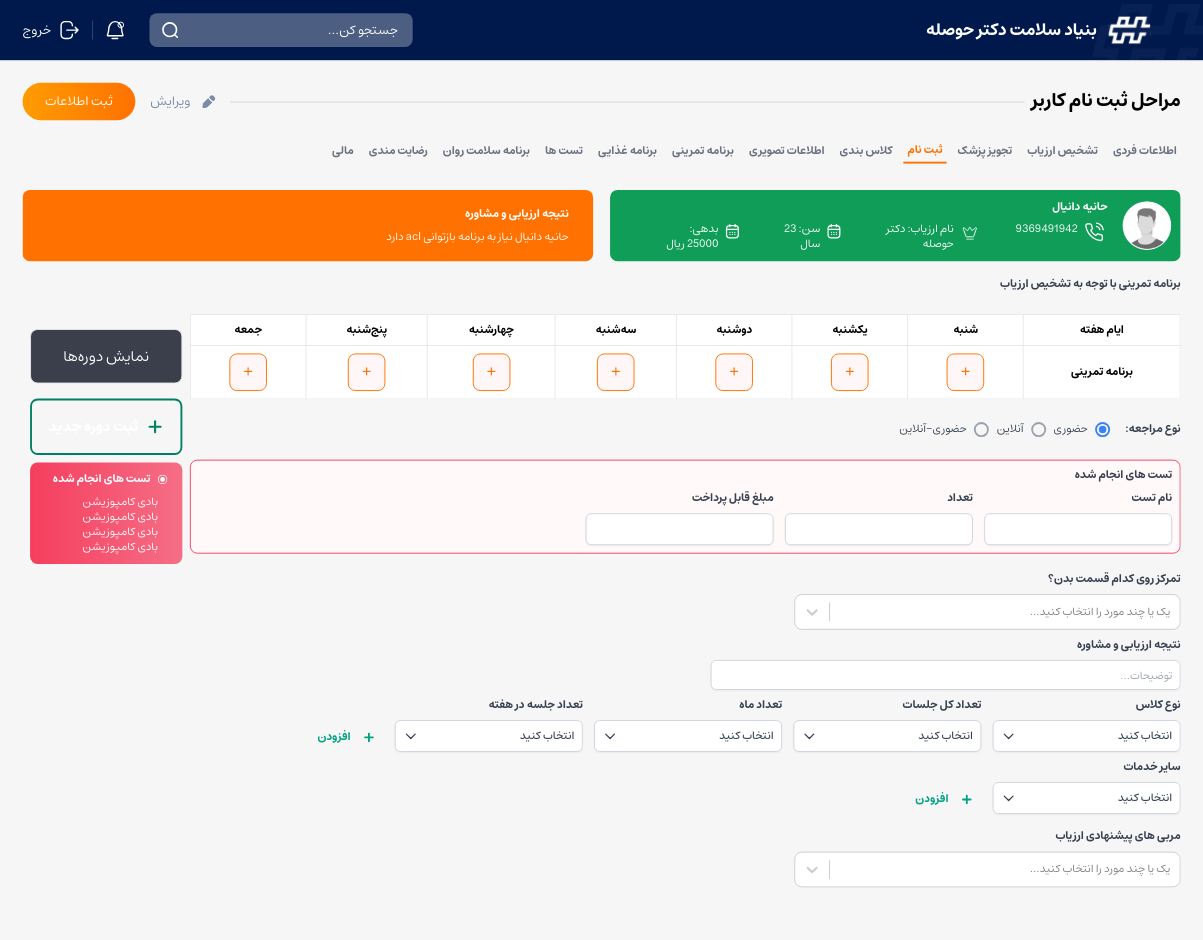
Repository: mirnajafi/ERP_hoseleh_V1.0
Page: /register, after clicking the first element matching `div.flex > :nth-child(4)`
These files come from the project's save history. The page is drawn as it stood at one moment and after the next save; the edit follows.
The browser window is 1280 px wide. The pictures show the whole page, at 94% of full size.
Some web fonts or font styles are not loaded; a fallback is used. The project was rebuilt for these pictures with package versions that can differ from the ones it lists, and the page was loaded fresh each time. The framework's server and built-in components were replaced by stand-ins that run in the browser. Also part of the build but not shown: next.config.mjs, src/components/icons/trash.tsx, src/components/weekTable/weekTable.css, src/components/icons/copy.tsx, src/components/recognitionEvaluator/recognitionEvaluator.tsx.

Above is the page before, as saved 2025-02-28 23:51:57.

After the next save:
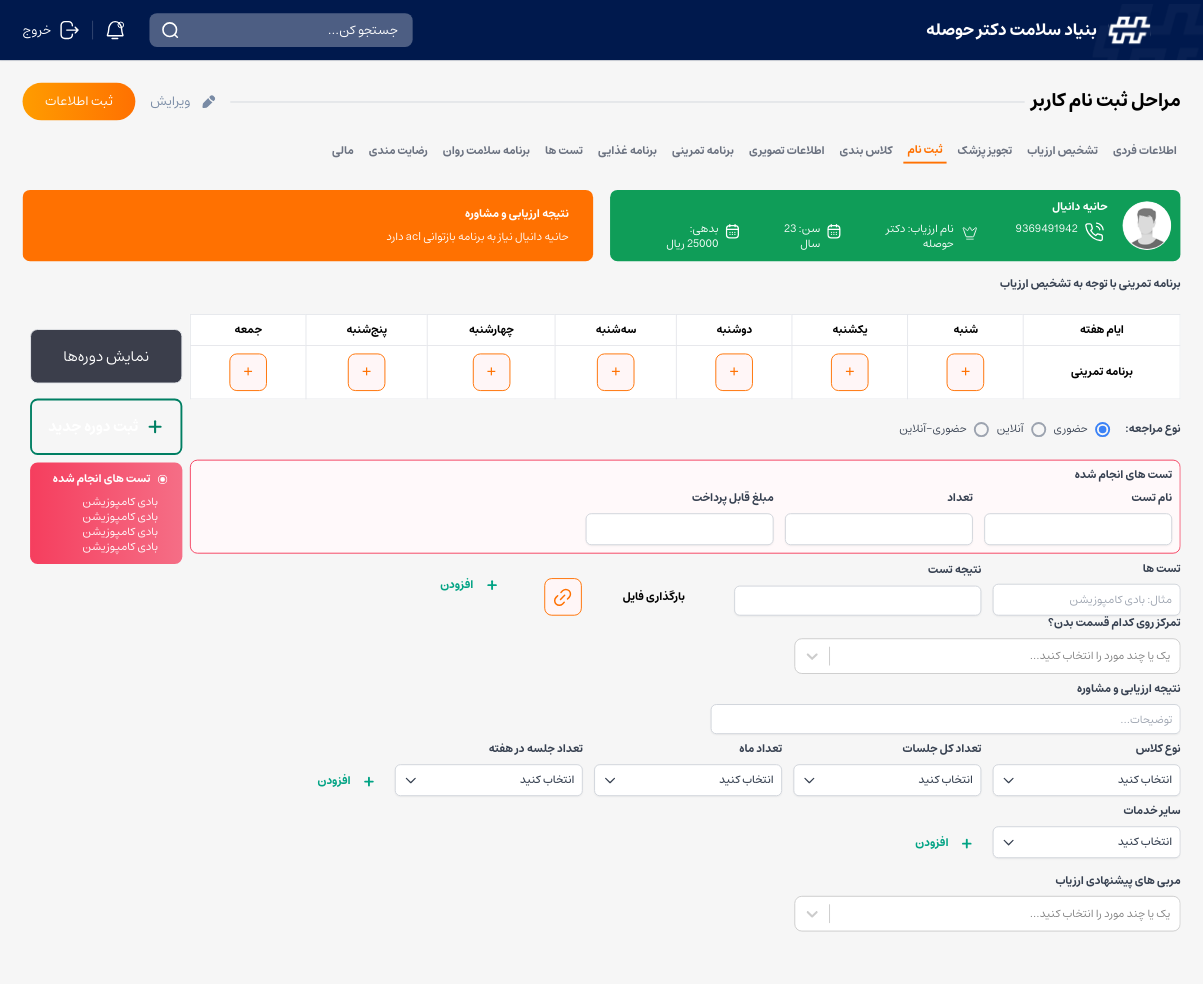
Saved 4 s later.
--- a/src/components/registration/registration.tsx
+++ b/src/components/registration/registration.tsx
@@ -109,6 +109,25 @@ const Registration = () => {
                             />
                         </div>
                     </div>
+
+                    <div className="flex flex-col xl:flex-row w-full xl:items-end xl:justify-right ">
+                <Input
+                    label="تست ها"
+                    type="text"
+                    value={''}
+                    onChange={() => { }}
+                    placeholder="مثال: بادی کامپوزیشن "
+                />
+                <InputDescription
+                    label="نتیجه تست"
+                    value={''}
+                    placeholder=""
+                    className="xl:w-1/4 max-w-[500px]"
+                />
+
+                <FileUploader onFileUpload={handleFileUpload} accept="image/*" multiple />
+                <TransparentBtn label='افزودن' />
+            </div>
                 </div>
 
                 <div className="w-1/6 p-2 flex flex-col">
